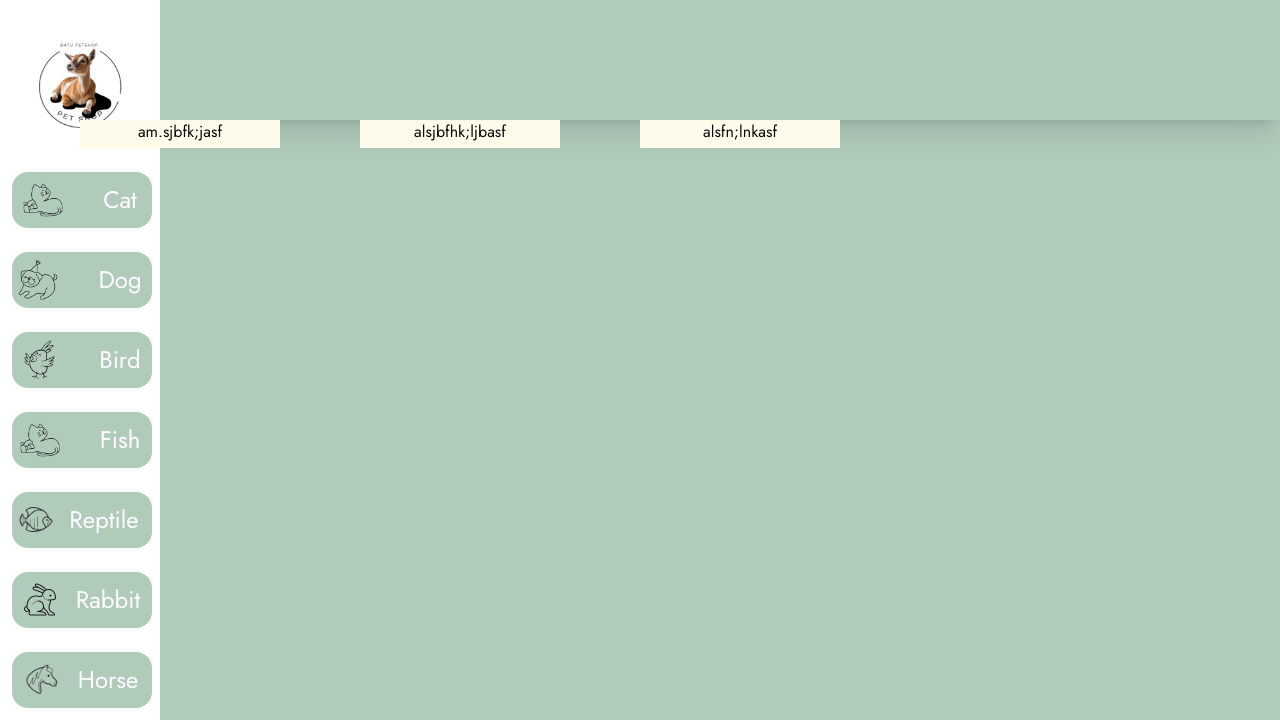
Repository: batu-call/batu-petshop
Page: /main (app in petshopp-appAdmin/admin/)
These files come from the project's save history. The page is drawn as it stood at one moment and after the next save; the edit follows.
The browser window is 1280 px wide. The pictures show the whole page.
The project was rebuilt for these pictures with package versions that can differ from the ones it lists, and the page was loaded fresh each time. The framework's server and built-in components were replaced by stand-ins that run in the browser. Also part of the build but not shown: petshopp-appAdmin/admin/next.config.ts.

Above is the page before, as saved 2025-09-20 00:13:46.

### petshopp-appAdmin/admin/src/app/layout.tsx
import type { Metadata } from "next";
import { Jost } from 'next/font/google';
import "./globals.css";

const jost = Jost({
  subsets: ['latin'],
  weight: ['400', '500', '700'],
});


export const metadata: Metadata = {
  title: "Batu Petshop AdminPanel",
  description: "Generated by create next app",
   icons: {
    icon: '/favicon.ico',
  },
};

export default function RootLayout({
  children,
}: Readonly<{
  children: React.ReactNode;
}>) {
  return (
    <html lang="en">
      <body
        className={`antialiased ${jost.className}`}
      >
        {children}
      </body>
    </html>
  );
}

### petshopp-appAdmin/admin/src/app/main/layout.tsx
import Main from "./controller/Main"

export default function MainLayout({ children }: { children: React.ReactNode }) {
  return <Main>{children}</Main>
}

### petshopp-appAdmin/admin/src/app/main/page.tsx
import React from 'react'
import Main from './controller/Main'


const page = () => {
  return (
    <div>
        <Main />
    </div>
  )
}

export default page

### petshopp-appAdmin/admin/src/app/globals.css
@import "tailwindcss";
@import "tw-animate-css";

@custom-variant dark (&:is(.dark *));

@layer utilities {
  .bg-primary {
    background-color: #B1CBBB;
  }
  .bg-secondary {
    background-color: #DDEEDD;
  }
  .bg-secondary_20 {
    background-color: rgba(221, 238, 221, 0.2);
  }
  .text-jost {
    font-family: 'Jost',sans-serif;
  }
  .text-color {
    color: #393E46;
  }
  .text-color2 {
    color: #B1CBBB;
  }
}

body {
  font-family: 'Jost', Arial, Helvetica, sans-serif
}

@theme inline {
  --radius-sm: calc(var(--radius) - 4px);
  --radius-md: calc(var(--radius) - 2px);
  --radius-lg: var(--radius);
  --radius-xl: calc(var(--radius) + 4px);
  --color-background: var(--background);
  --color-foreground: var(--foreground);
  --color-card: var(--card);
  --color-card-foreground: var(--card-foreground);
  --color-popover: var(--popover);
  --color-popover-foreground: var(--popover-foreground);
  --color-primary: var(--primary);
  --color-primary-foreground: var(--primary-foreground);
  --color-secondary: var(--secondary);
  --color-secondary-foreground: var(--secondary-foreground);
  --color-muted: var(--muted);
  --color-muted-foreground: var(--muted-foreground);
  --color-accent: var(--accent);
  --color-accent-foreground: var(--accent-foreground);
  --color-destructive: var(--destructive);
  --color-border: var(--border);
  --color-input: var(--input);
  --color-ring: var(--ring);
  --color-chart-1: var(--chart-1);
  --color-chart-2: var(--chart-2);
  --color-chart-3: var(--chart-3);
  --color-chart-4: var(--chart-4);
  --color-chart-5: var(--chart-5);
  --color-sidebar: var(--sidebar);
  --color-sidebar-foreground: var(--sidebar-foreground);
  --color-sidebar-primary: var(--sidebar-primary);
  --color-sidebar-primary-foreground: var(--sidebar-primary-foreground);
  --color-sidebar-accent: var(--sidebar-accent);
  --color-sidebar-accent-foreground: var(--sidebar-accent-foreground);
  --color-sidebar-border: var(--sidebar-border);
  --color-sidebar-ring: var(--sidebar-ring);
}

:root {
  --radius: 0.625rem;
  --background: oklch(1 0 0);
  --foreground: oklch(0.145 0 0);
  --card: oklch(1 0 0);
  --card-foreground: oklch(0.145 0 0);
  --popover: oklch(1 0 0);
  --popover-foreground: oklch(0.145 0 0);
  --primary: oklch(0.205 0 0);
  --primary-foreground: oklch(0.985 0 0);
  --secondary: oklch(0.97 0 0);
  --secondary-foreground: oklch(0.205 0 0);
  --muted: oklch(0.97 0 0);
  --muted-foreground: oklch(0.556 0 0);
  --accent: oklch(0.97 0 0);
  --accent-foreground: oklch(0.205 0 0);
  --destructive: oklch(0.577 0.245 27.325);
  --border: oklch(0.922 0 0);
  --input: oklch(0.922 0 0);
  --ring: oklch(0.708 0 0);
  --chart-1: oklch(0.646 0.222 41.116);
  --chart-2: oklch(0.6 0.118 184.704);
  --chart-3: oklch(0.398 0.07 227.392);
  --chart-4: oklch(0.828 0.189 84.429);
  --chart-5: oklch(0.769 0.188 70.08);
  --sidebar: oklch(0.985 0 0);
  --sidebar-foreground: oklch(0.145 0 0);
  --sidebar-primary: oklch(0.205 0 0);
  --sidebar-primary-foreground: oklch(0.985 0 0);
  --sidebar-accent: oklch(0.97 0 0);
  --sidebar-accent-foreground: oklch(0.205 0 0);
  --sidebar-border: oklch(0.922 0 0);
  --sidebar-ring: oklch(0.708 0 0);
}

.dark {
  --background: oklch(0.145 0 0);
  --foreground: oklch(0.985 0 0);
  --card: oklch(0.205 0 0);
  --card-foreground: oklch(0.985 0 0);
  --popover: oklch(0.205 0 0);
  --popover-foreground: oklch(0.985 0 0);
  --primary: oklch(0.922 0 0);
  --primary-foreground: oklch(0.205 0 0);
  --secondary: oklch(0.269 0 0);
  --secondary-foreground: oklch(0.985 0 0);
  --muted: oklch(0.269 0 0);
  --muted-foreground: oklch(0.708 0 0);
  --accent: oklch(0.269 0 0);
  --accent-foreground: oklch(0.985 0 0);
  --destructive: oklch(0.704 0.191 22.216);
  --border: oklch(1 0 0 / 10%);
  --input: oklch(1 0 0 / 15%);
  --ring: oklch(0.556 0 0);
  --chart-1: oklch(0.488 0.243 264.376);
  --chart-2: oklch(0.696 0.17 162.48);
  --chart-3: oklch(0.769 0.188 70.08);
  --chart-4: oklch(0.627 0.265 303.9);
  --chart-5: oklch(0.645 0.246 16.439);
  --sidebar: oklch(0.205 0 0);
  --sidebar-foreground: oklch(0.985 0 0);
  --sidebar-primary: oklch(0.488 0.243 264.376);
  --sidebar-primary-foreground: oklch(0.985 0 0);
  --sidebar-accent: oklch(0.269 0 0);
  --sidebar-accent-foreground: oklch(0.985 0 0);
  --sidebar-border: oklch(1 0 0 / 10%);
  --sidebar-ring: oklch(0.556 0 0);
}

@layer base {
  * {
    @apply border-border outline-ring/50;
  }
  body {
    @apply bg-background text-foreground;
  }
}

### petshopp-appAdmin/admin/src/app/main/controller/Main.tsx
import React from 'react'
import Navbar from '../../Navbar/page'
import Sidebar from '../../Sidebar/page'



const Main = () => {
  return (
    <div className='w-full h-screen bg-primary'>
      {/* Navbar */}
      <Navbar />
      {/* Catgeory */}
      <Sidebar />
    </div>
  )
}

export default Main

### petshopp-appAdmin/admin/src/app/Navbar/page.tsx
import React from 'react'
import Link from 'next/link'
import Image from 'next/image'



const page = () => {
  return (
    <div>
        <Link href={"/main"}>
      <div className='w-full h-30 bg-primary shadow-xl'>
      <div className='fixed'>
        <Image  src={"/logo.png"} alt='main-icon' width={500} height={500} className='flex justify-center items-center w-40 h-40'/>
      </div>
      </div>
      </Link>
      <div className='flex gap-20 items-center justify-center absolute left-20'>
        <div className='bg-amber-50 w-50 h-7'>
        <h3 className='items-center flex justify-center'>am.sjbfk;jasf</h3>
        </div>
        <div className='bg-amber-50 w-50 h-7'>
        <h3 className='items-center flex justify-center'>alsjbfhk;ljbasf</h3>
        </div>
        <div className='bg-amber-50 w-50 h-7'>
        <h3 className='items-center flex justify-center'>alsfn;lnkasf</h3>
        </div>
      </div>
    </div>
  )
}

export default page

### petshopp-appAdmin/admin/src/app/Sidebar/page.tsx
import React from 'react'
import Link from 'next/link'
import Image from 'next/image'

const page = () => {
  return (
    <div>
        <div className='w-40 h-screen bg-white fixed mt-7'>
        {/* Cat */}
        <Link href={"/Cat"}>
      <div className='bg-primary inline-block p-2 items-center mt-6 ml-3 rounded-2xl w-35'>
        <div className='flex gap-9 items-center justify-center'>
       <Image src="/cat_7721779.png" alt='cat-image'
       height={40}
       width={40}
       />
       <h2 className='text-2xl text-jost text-white p-1'>Cat</h2>
      </div>
      </div>
      </Link>
      {/* Dog */}
         <Link href={"/Dog"}>
       <div className='bg-primary inline-block p-2 items-center mt-6 ml-3 rounded-2xl w-35'>
        <div className='flex gap-9 items-center justify-center'>
       <Image src="/dog.png" alt='cat-image'
       height={40}
       width={40}
       />
       <h2 className='text-2xl text-jost text-white p-1'>Dog</h2>
      </div>
      </div>
      </Link>
      {/* BİRD */}
         <Link href={"/Bird"}>
       <div className='bg-primary inline-block p-2 items-center mt-6 ml-3 rounded-2xl w-35'>
        <div className='flex gap-9 items-center justify-center'>
       <Image src="/bird.png" alt='cat-image'
       height={40}
       width={40}
       />
       <h2 className='text-2xl text-jost text-white p-1'>Bird</h2>
      </div>
      </div>
      </Link>
      {/* FİSH */}
         <Link href={"/Fish"}>
       <div className='bg-primary inline-block p-2 items-center mt-6 ml-3 rounded-2xl w-35'>
        <div className='flex gap-9 items-center justify-center'>
       <Image src="/cat_7721779.png" alt='cat-image'
       height={40}
       width={40}
       />
       <h2 className='text-2xl text-jost text-white p-1'>Fish</h2>
      </div>
      </div>
      </Link>
      {/* Reptile */}
         <Link href={"/Reptile"}>
       <div className='bg-primary inline-block p-2 items-center mt-6 ml-3 rounded-2xl w-35'>
        <div className='flex gap-3 items-center justify-center'>
       <Image src="/fish.png" alt='cat-image'
       height={40}
       width={40}
       />
       <h2 className='text-2xl text-jost text-white mr-2'>Reptile</h2>
      </div>
      </div>
      </Link>
      {/* Rabbit */}
         <Link href={"/Rabbit"}>
       <div className='bg-primary inline-block p-2 items-center mt-6 ml-3 rounded-2xl w-35'>
        <div className='flex gap-3 items-center justify-center'>
       <Image src="/rabbit2.png" alt='cat-image'
       height={40}
       width={40}
       />
       <h2 className='text-2xl text-jost text-white p-1'>Rabbit</h2>
      </div>
      </div>
      </Link>
      {/* Horse */}
         <Link href={"/Horse"}>
       <div className='bg-primary inline-block p-2 items-center mt-6 ml-3 rounded-2xl w-35'>
        <div className='flex gap-3 items-center justify-center'>
       <Image src="/horse.png" alt='cat-image'
       height={40}
       width={40}
       />
       <h2 className='text-2xl text-jost text-white p-1'>Horse</h2>
      </div>
      </div>
      </Link>
      {/* Contact */}
         <Link href={"/Contact"}>
       <div className='bg-primary inline-block p-2 items-center mt-6 ml-3 rounded-2xl w-35'>
        <div className='flex gap-3 items-center justify-center'>
       <h2 className='text-2xl text-jost text-white p-1'>Contact</h2>
      </div>
      </div>
      </Link>
      {/* +category */}
       <div className='bg-primary inline-block p-2 items-center mt-6 ml-3 rounded-2xl w-35'>
        <div className='flex gap-3 items-center justify-center'>
       <h2 className='text-2xl text-jost text-white p-1'>+category</h2>
      </div>
      </div>
    </div>
    </div>
  )
}

export default page

After the next save:
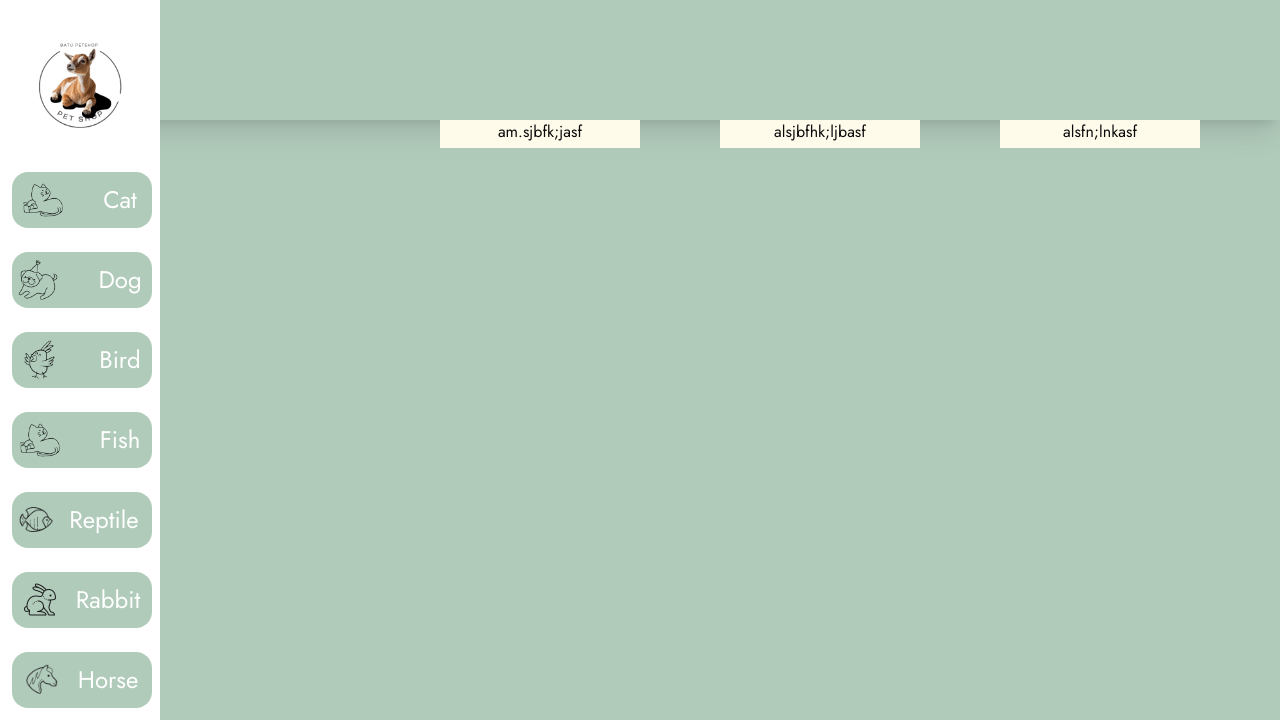
Saved 9 s later.
--- a/petshopp-appAdmin/admin/src/app/Navbar/page.tsx
+++ b/petshopp-appAdmin/admin/src/app/Navbar/page.tsx
@@ -14,7 +14,7 @@ const page = () => {
       </div>
       </div>
       </Link>
-      <div className='flex gap-20 items-center justify-center absolute left-20'>
+      <div className='flex gap-20 items-center justify-center absolute right-20'>
         <div className='bg-amber-50 w-50 h-7'>
         <h3 className='items-center flex justify-center'>am.sjbfk;jasf</h3>
         </div>
